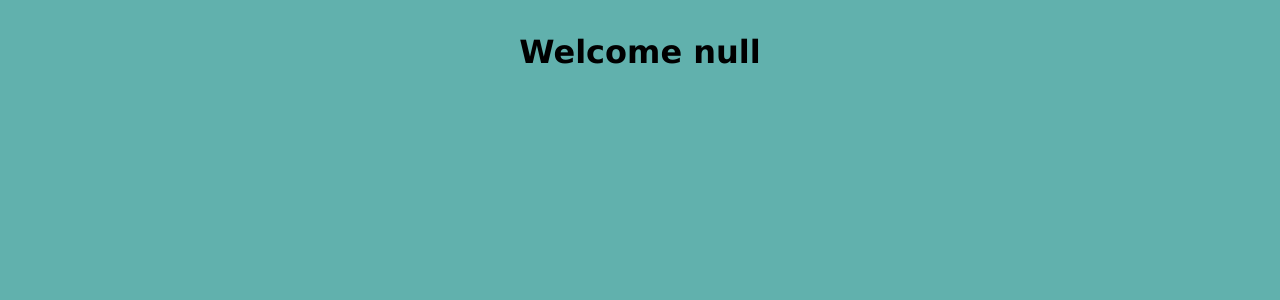
Repository: orsolyanemet/WebProject
Page: http://localhost/Project/userhome.jsp
An editor plug-in stored every save of this project. The page is shown before and after the next save, followed by the edit.
The browser window is 1280 px wide. The pictures show the whole page.
The page is served by Tomcat 9. Nobody is signed in. The application's start-up code is not run.

Above is the page before, as saved 2018-06-11 19:42:51.

After the next save:
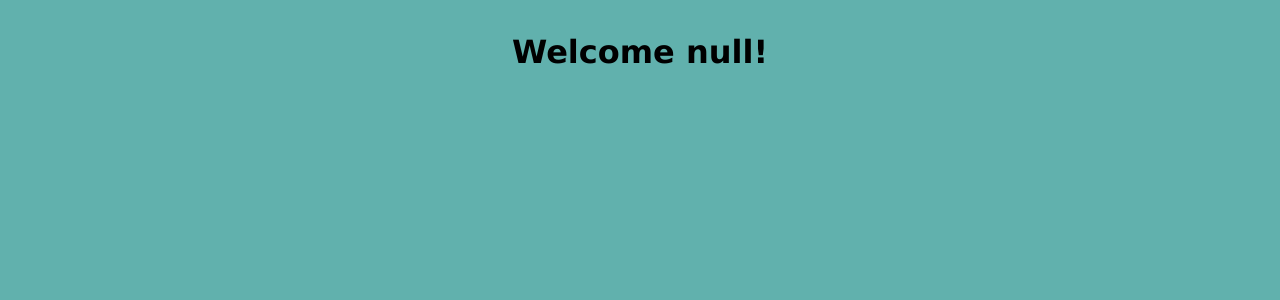
Saved 15 min 26 s later.
--- a/Project/WebContent/userhome.jsp
+++ b/Project/WebContent/userhome.jsp
@@ -11,7 +11,7 @@
 		Welcome
 		<%
 		out.print(request.getSession().getAttribute("logedUsername"));
-	%>
+	%>!
 	</h1>
 
 </body>
